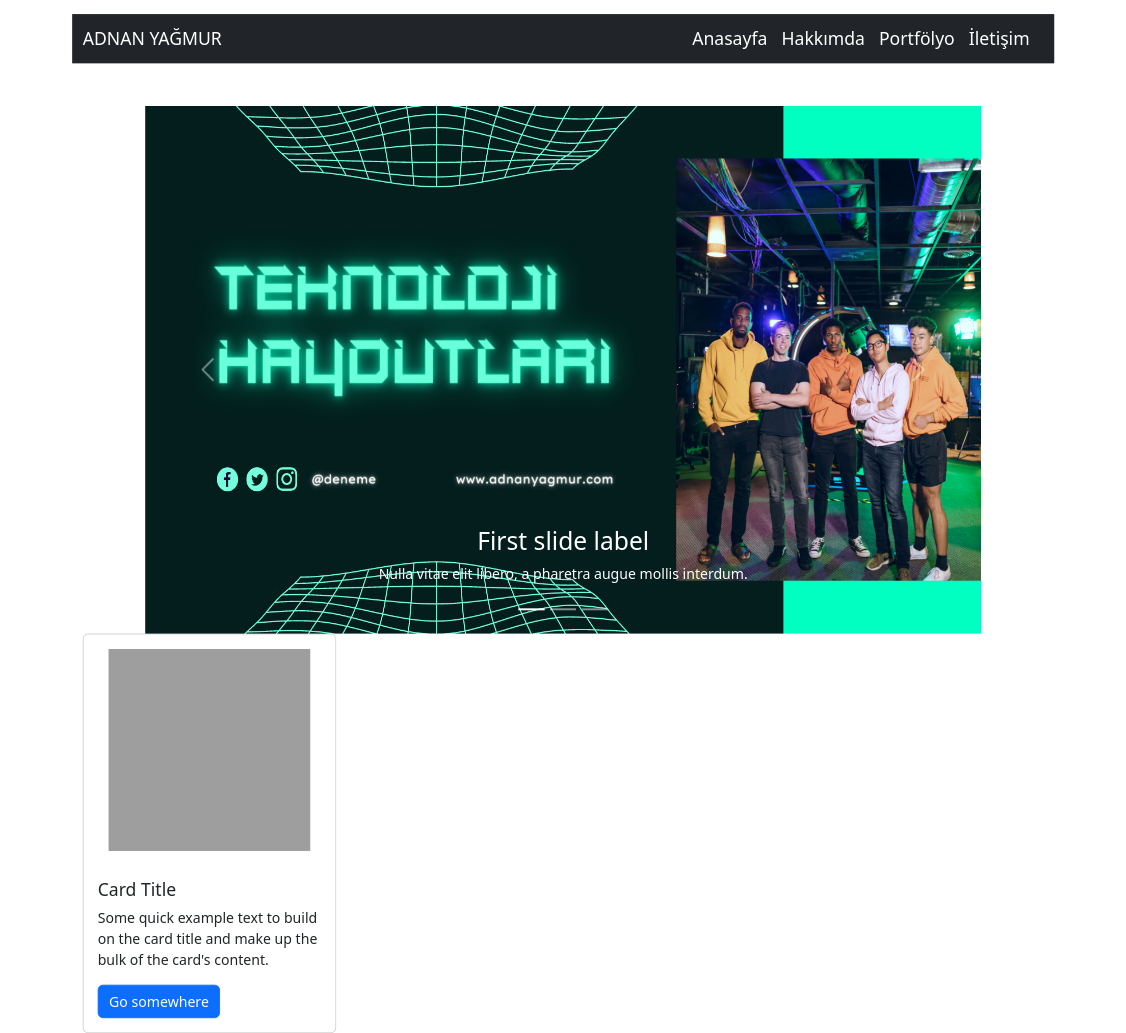
Repository: adnanyagmur/react-bootstrap-example
Page: /
An editor plug-in stored every save of this project. The page is shown before and after the next save, followed by the edit.
The browser window is 1280 px wide. The pictures show the whole page, at 88% of full size.
Pictures or frames that could not be fetched are drawn as grey boxes. The project was rebuilt for these pictures with package versions that can differ from the ones it lists, and the page was loaded fresh each time.

Above is the page before, as saved 2022-06-29 10:54:13.

After the next save:
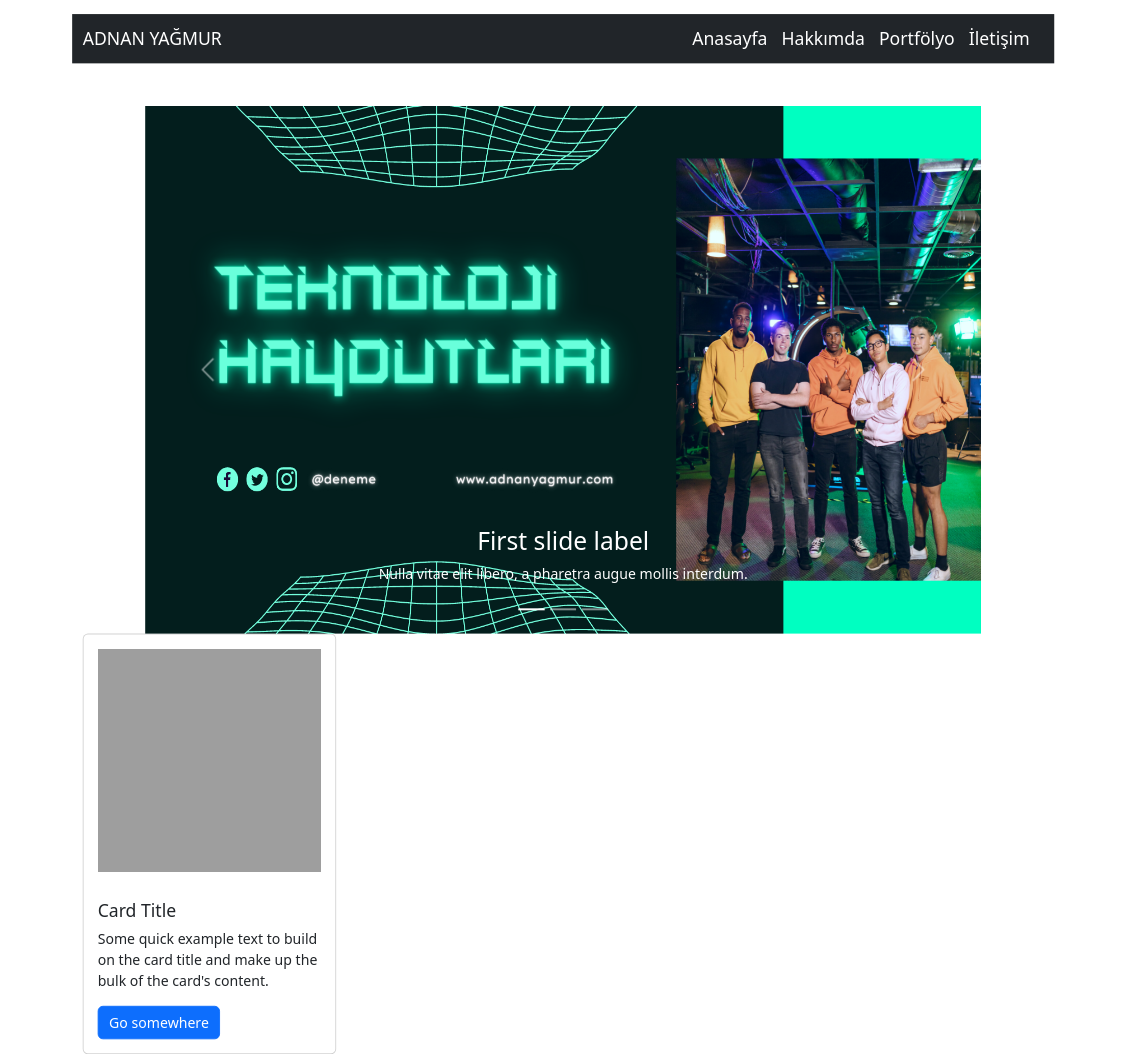
Saved 8 s later.
--- a/src/appComponents/Container.jsx
+++ b/src/appComponents/Container.jsx
@@ -5,9 +5,9 @@ const Container = () => {
     return (
         <div className="container">
             <Card style={{ width: '18rem' }}>
-                <div className="container">
+
                 <Card.Img className="p-3" variant="top" src="https://picsum.photos/200/200" />
-                </div>
+
                 <Card.Body>
                     <Card.Title>Card Title</Card.Title>
                     <Card.Text>
